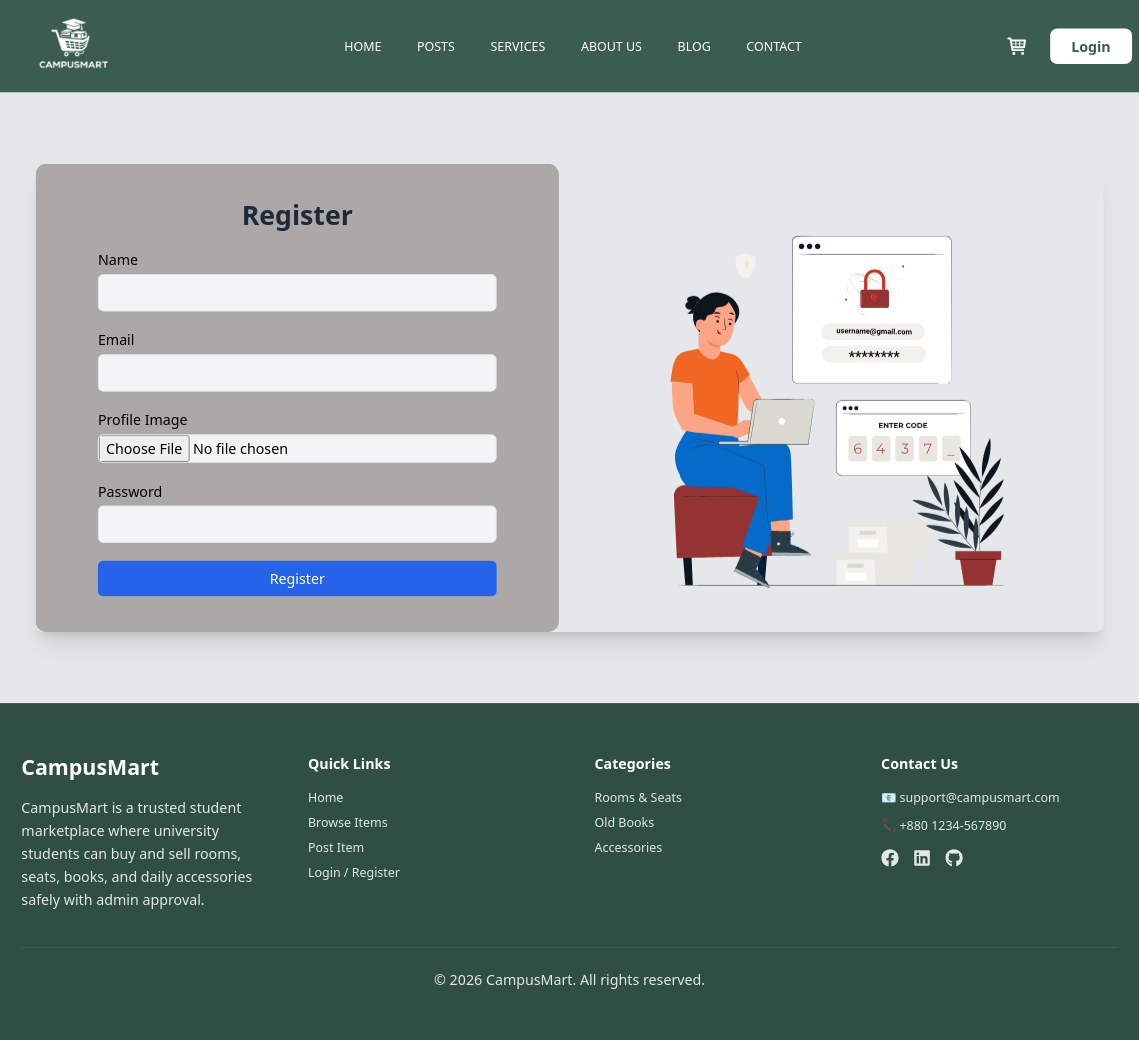
Repository: jahidhasanri/CAMPUSMART
Page: /register
The author's editor kept a copy of each file at every save. The page is drawn from the files as they stood at one save, then again after the next save.
The browser window is 1280 px wide. The pictures show the whole page, at 89% of full size.
The project was rebuilt for these pictures with package versions that can differ from the ones it lists, and the page was loaded fresh each time. Also part of the build but not shown: vite.config.js, src/components/Banner.jsx, src/Pages/Home.jsx, src/Pages/Login.jsx.

Above is the page before, as saved 2026-01-13 23:39:11.

After the next save:
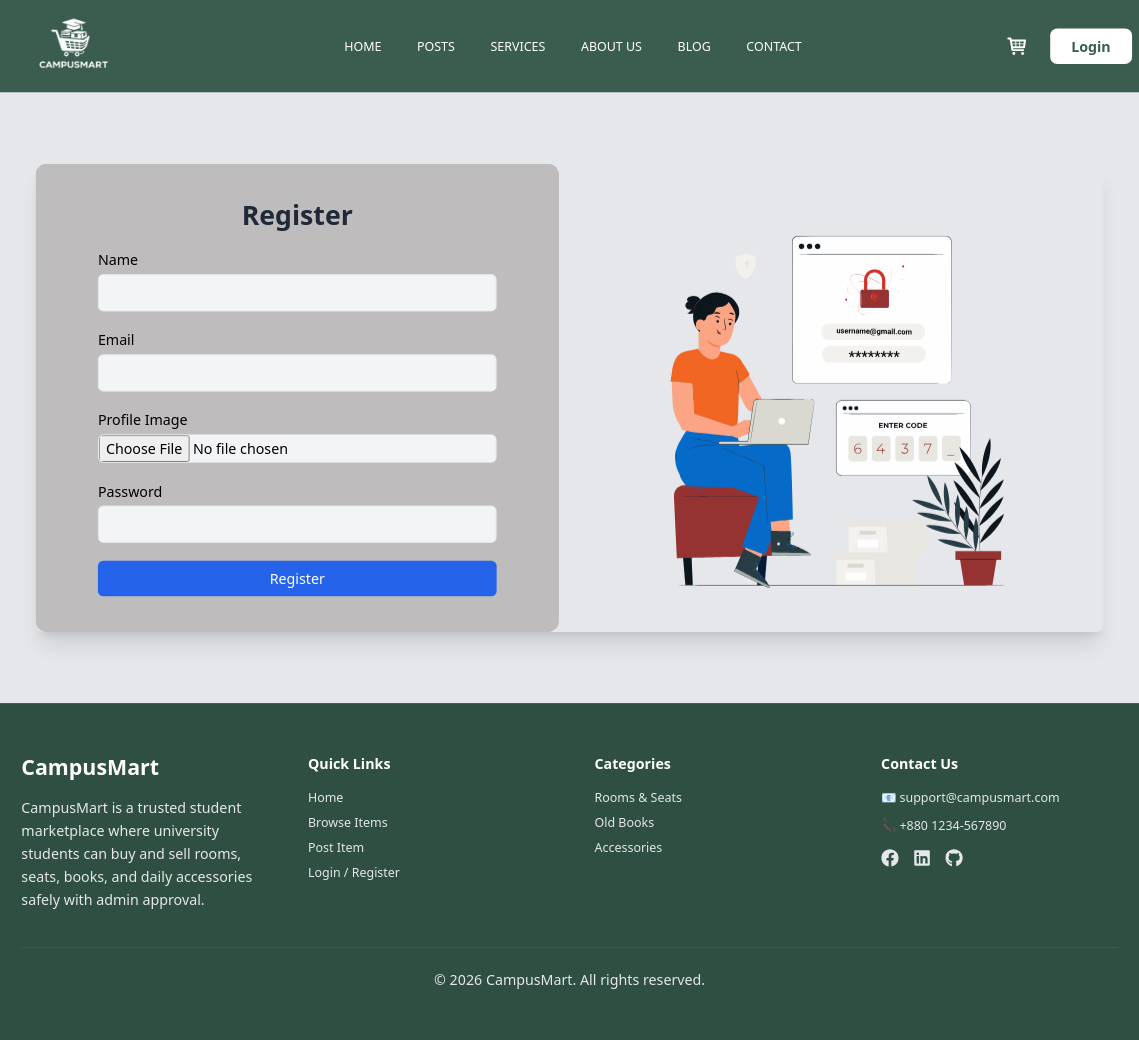
Saved 10 s later.
--- a/src/Pages/Register.jsx
+++ b/src/Pages/Register.jsx
@@ -87,7 +87,7 @@ const Register = () => {
      <div className="w-full max-w-[1200px] h-auto grid grid-cols-1 sm:grid-cols-1 md:grid-cols-2 lg:grid-cols-2 xl:grid-cols-2 gap-6 items-center bg-cover bg-center rounded-lg overflow-hidden shadow-xl">
 
        {/* Form Section */}
-       <div className="h-full rounded-xl flex items-center justify-center bg-[#aca8a8] p-6 md:p-10">
+       <div className="h-full rounded-xl flex items-center justify-center bg-[#aca8a8ac] p-6 md:p-10">
          <form  className="w-full max-w-md space-y-5">
            <h2 className="text-3xl font-bold mb-4 text-center text-gray-800">Register</h2>
 
